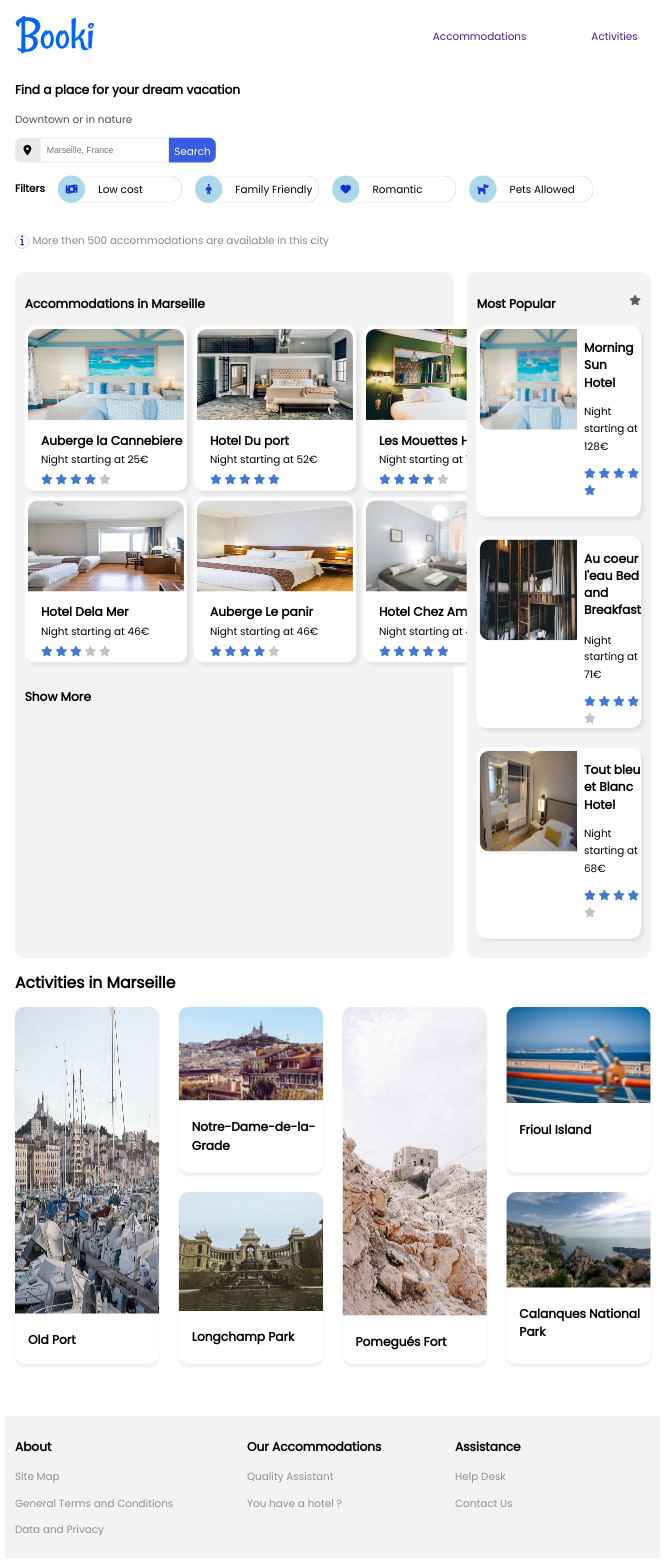
Repository: ailahin/booki
Page: index.html
An editor plug-in stored every save of this project. The page is shown before and after the next save, followed by the edit.
The browser window is 1024 px wide. The pictures show the whole page, at 65% of full size.
Some web fonts or font styles are not loaded; a fallback is used. Some web libraries are served in a nearby version.

Above is the page before, as saved 2023-07-19 04:52:05.

After the next save:
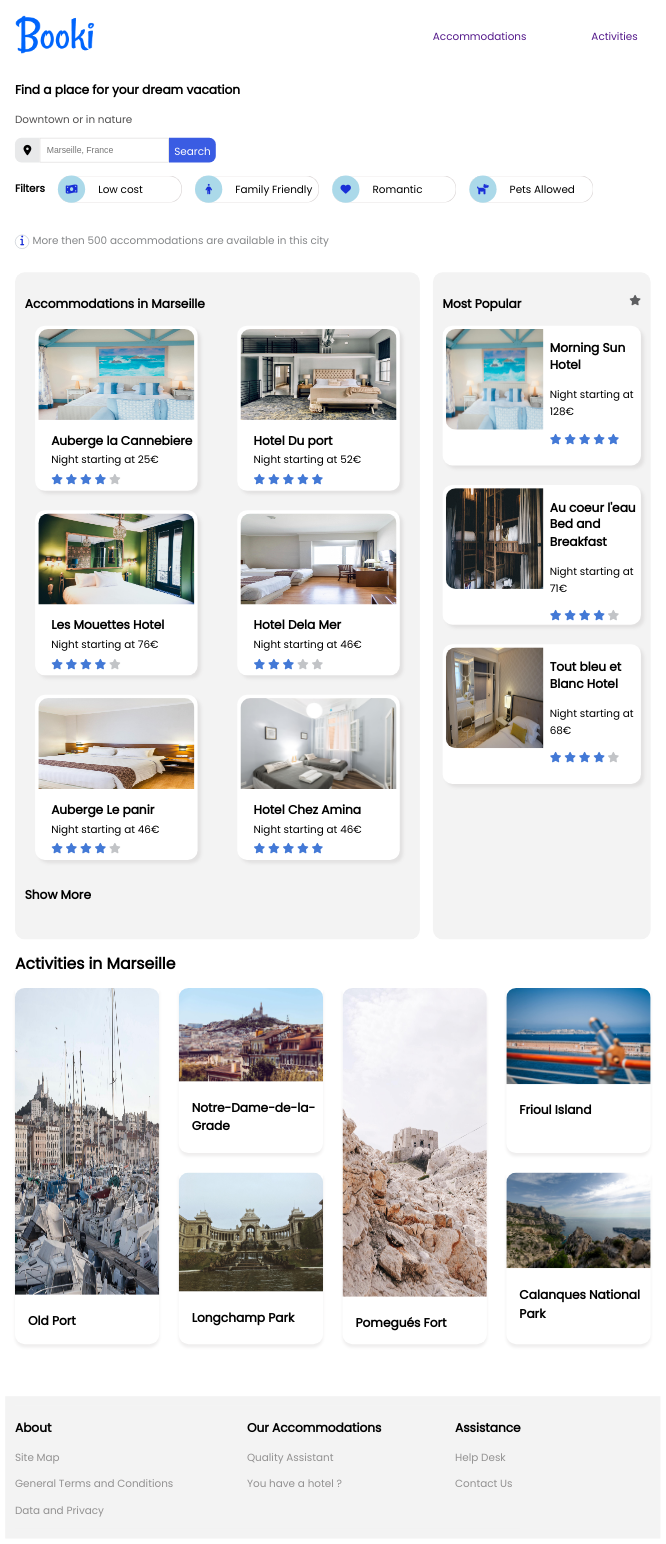
Saved 5 min 6 s later.
--- a/css/index.css
+++ b/css/index.css
@@ -482,6 +482,13 @@ margin-bottom: 5px;
   /* Large devices (laptops/desktops, 992px and up) */
   @media only screen and (min-width: 992px) and  (max-width: 1200px){
 
+    .all-accomodations-details {
+        display: grid;
+        grid-template-columns: repeat(2, 2fr);
+        gap: 30px;
+        justify-items: center;
+    }
+
 
   };
 
